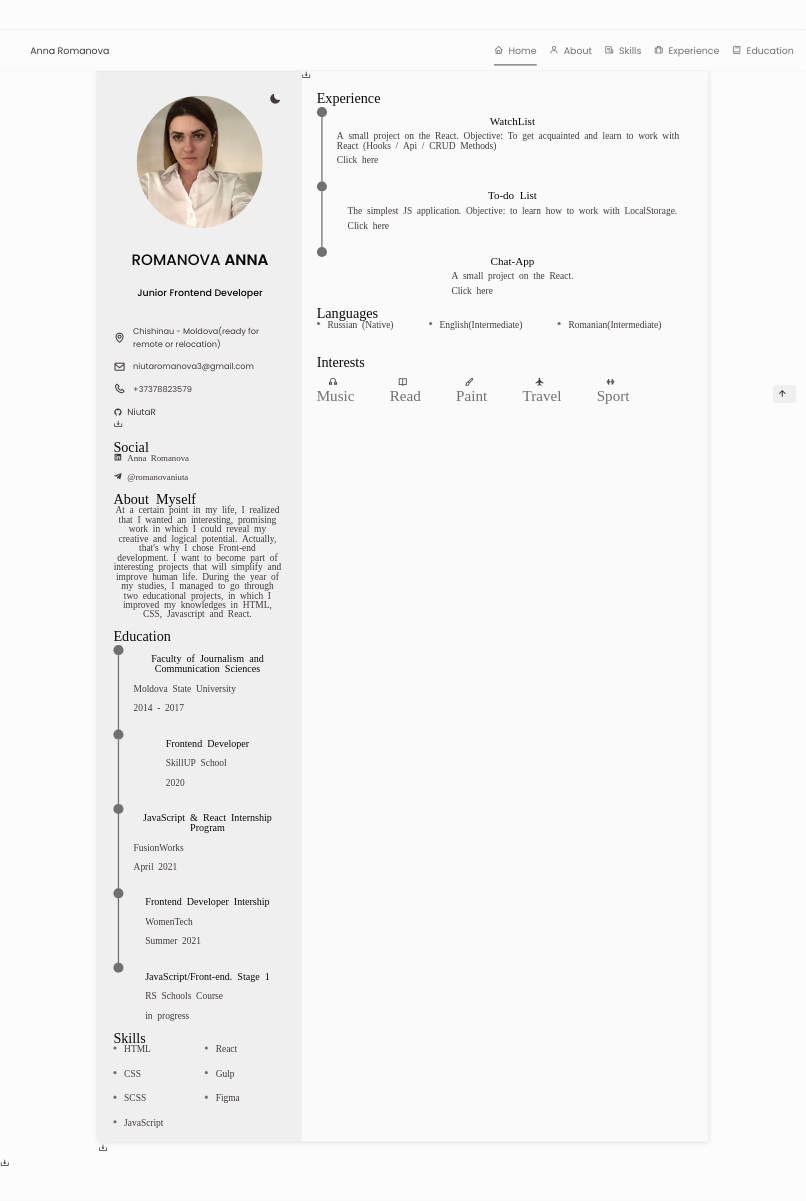
Repository: NiutaR/rsschool-cv
Page: index.html
The author's editor kept a copy of each file at every save. The page is drawn from the files as they stood at one save, then again after a run of saves.
The browser window is 1280 px wide. The pictures show the whole page, at 63% of full size.

Above is the page before, as saved 2021-09-19 19:19:04.

### index.html
<!DOCTYPE html>
<html lang="en">

<head>
    <meta charset="UTF-8">
    <meta http-equiv="X-UA-Compatible" content="IE=edge">
    <meta name="viewport" content="width=device-width, initial-scale=1.0">
    <link rel="stylesheet" href="src/style.css">
    <link rel="stylesheet" href="https://cdn.jsdelivr.net/npm/boxicons@latest/css/boxicons.min.css">
    <title>My resume</title>
</head>

<body>
    <header class="l-header">
        <nav class="nav bd-grid">
            <div>
                <a href="#" class="nav__logo">Anna Romanova</a>
            </div>

            <div class="nav__menu" id="nav-menu">
                <ul class="nav__list">
                    <li class="nav__item"><a href="#home" class="nav__link active"><i
                                class="bx bx-home nav__icon"></i>Home</a></li>
                    <li class="nav__item"><a href="#about" class="nav__link"><i
                                class="bx bx-user nav__icon"></i>About</a></li>
                    <li class="nav__item"><a href="#skills" class="nav__link"><i
                                class="bx bx-receipt nav__icon"></i>Skills</a></li>
                    <li class="nav__item"><a href="#work" class="nav__link"><i
                                class="bx bx-briefcase-alt nav__icon"></i>Experience</a></li>
                    <li class="nav__item"><a href="#education" class="nav__link"><i
                                class="bx bx-book nav__icon"></i>Education</a></li>
                </ul>
            </div>

            <div class="nav__toggle" id="nav-toggle">
                <i class='bx bx-menu'></i>
            </div>
        </nav>
    </header>
    <main class="l-main bd-container">
        <div class="resume">
            <div class="resume__left">
                <section class="home" id="home">
                    <div class="home__container section bd-grid">
                        <div class="home__data bd-grid">
                            <img src="src/img/cv-img.jpg" alt="annaromanova" class="home__img">
                            <h1 class="home__title">ROMANOVA <b>ANNA</b></h1>
                            <h3 class="home__profession">Junior Frontend Developer</h3>
                            <div>
                                <a download="" href="src/pdf/Cv_Anna_Romanova.pdf" class="home__button-movil">Download</a>
                            </div>
                        </div>
                        <div class="home__address bd-grid">
                            <span class="home__information">
                                <i class="bx bx-map home__icon"></i>Chishinau - Moldova(ready for remote or relocation)
                            </span>
                            <span class="home__information">
                                <i class="bx bx-envelope home__icon"></i>niutaromanova3@gmail.com
                            </span>
                            <span class="home__information">
                                <i class="bx bx-phone home__icon"></i> +37378823579
                            </span>
                            <span class="home__information">
                                <a href="https://github.com/NiutaR" target="_blank" class="social__link">
                                    <i class="bx bxl-github"></i>NiutaR
                                </a>
                            </span>
                        </div>
                    </div>

                    <i class="bx bxs-moon change-theme" title="Theme" id="theme-button"></i>
                    <i class="bx bx-download generate-pdf" title="Generate PDF" id=""
                </section>

                <section class="social section">
                    <h2 class="section-title">Social</h2>
                    <div class="social__container bd-grid">
                        <a href="https://www.linkedin.com/in/anna-romanova-59a8b020b/" target="_blank"  class="social__link">
                            <i class="bx bxl-linkedin-square"></i>Anna Romanova
                        </a>
                        <a href="#" target="_blank" class="social__link">
                            <i class="bx bxl-telegram"></i>@romanovaniuta
                        </a>

                    </div>
                </section>
                <section class="about section" id="about">
                    <h2 class="section-title">About Myself</h2>
                    <p class="about__description">At a certain point in my life, I realized that I wanted an interesting, promising work in which I could reveal my creative and logical potential. Actually, that's why I chose Front-end development. I want to become part of interesting projects that will simplify and improve human life. During the year of my studies, I managed to go through two educational projects, in which I improved my knowledges in HTML, CSS, Javascript and React. </p>
                </section>
                <section class="education section" id="education">
                    <h2 class="section-title">Education</h2>
                    <div class="education__container bd-grid">
                        <div class="education__content">
                            <div class="education__time">
                                <span class="education__rounder"></span>
                                <span class="education__line"></span>
                            </div>
                            <div class="education__data bd-grid">
                                <h3 class="education__title">Faculty of Journalism and Communication Sciences</h3>
                                <span class="education__studies"></span>Moldova State University
                                <span class="education__year"></span> 2014 - 2017
                            </div>
                        </div>
                        <div class="education__content">
                            <div class="education__time">
                                <span class="education__rounder"></span>
                                <span class="education__line"></span>
                            </div>
                            <div class="education__data bd-grid">
                                <h3 class="education__title">Frontend Developer</h3>
                                <span class="education__studies"></span> SkillUP School
                                <span class="education__year"></span> 2020
                            </div>
                        </div>
                        <div class="education__content">
                            <div class="education__time">
                                <span class="education__rounder"></span>
                                <span class="education__line"></span>
                            </div>
                            <div class="education__data bd-grid">
                                <h3 class="education__title">JavaScript & React Internship Program</h3>
                                <span class="education__studies"></span> FusionWorks
                                <span class="education__year"></span> April 2021
                            </div>
                        </div>
                        <div class="education__content">
                            <div class="education__time">
                                <span class="education__rounder"></span>
                                <span class="education__line"></span>
                            </div>
                            <div class="education__data bd-grid">
                                <h3 class="education__title">Frontend Developer Intership</h3>
                                <span class="education__studies"></span> WomenTech
                                <span class="education__year"></span> Summer 2021
                            </div>
                        </div>

                        <div class="education__content">
                            <div class="education__time">
                                <span class="education__rounder"></span>
                            </div>
                            <div class="education__data bd-grid">
                                <h3 class="education__title">JavaScript/Front-end. Stage 1</h3>
                                <span class="education__studies"></span> RS Schools Course
                                <span class="education__year"></span> in progress
                            </div>
                        </div>
                    </div>
                </section>
                <section class="skills section" id="skills">
                    <h2 class="section-title">Skills</h2>
                    <div class="skills__content bd-grid">
                        <ul class="skills__data">
                            <li class="skills__name">
                                <span class="skills__circle"></span> HTML
                            </li>
                            <li class="skills__name">
                                <span class="skills__circle"></span> CSS
                            </li>
                            <li class="skills__name">
                                <span class="skills__circle"></span> SCSS
                            </li>
                            <li class="skills__name">
                                <span class="skills__circle"></span> JavaScript
                            </li>
                        </ul>
                        <ul class="skills__data">
                            <li class="skills__name">
                                <span class="skills__circle"></span> React
                            </li>
                            <li class="skills__name">
                                <span class="skills__circle"></span> Gulp
                            </li>
                            <li class="skills__name">
                                <span class="skills__circle"></span> Figma
                            </li>
                        </ul>
                    </div>
                </section>
            </div>
            <div class="resume__right">
                <section class="experience section" id="experience">
                    <h2 class="section-title">Experience</h2>
                    <div class="experience__container bd-grid">
                        <div class="experience__content">
                            <div class="experience__time">
                                <span class="experience__rounder"></span>
                                <span class="experience__line"></span>
                            </div>
                            <div class="experience__data bd-grid">
                                <h3 class="experience__title">WatchList</h3>
                                <p class="experience__description">A small project on the React.
                                    Objective: To get acquainted and learn to work with React (Hooks / Api / CRUD
                                    Methods)</p>
                                    <a href="https://github.com/NiutaR/watchlist-app" class="project__link">Click here</a>

                            </div>
                        </div>
                        <div class="experience__content">
                            <div class="experience__time">
                                <span class="experience__rounder"></span>
                                <span class="experience__line"></span>
                            </div>
                            <div class="experience__data bd-grid">
                                <h3 class="experience__title">To-do List</h3>
                                <p class="experience__description">The simplest JS application.
                                    Objective: to learn how to work with LocalStorage.</p>
                                    <a href="https://github.com/NiutaR/to-do-list-" class="project__link">Click here</a>

                            </div>
                        </div>
                        <div class="experience__content">
                            <div class="experience__time">
                                <span class="experience__rounder"></span>
                            </div>
                            <div class="experience__data bd-grid">
                                <h3 class="experience__title">Chat-App</h3>
                                <p class="experience__description">A small project on the React.</p>
                                    <a href="https://github.com/NiutaR/react_chatapp" class="project__link">Click here</a>

                            </div>
                        </div>
                    </div>
                </section>
                <section class="languages section">
                    <h2 class="section-title">Languages</h2>
                    <div class="languages__container">
                        <ul class="languages__content bd-grid">
                            <li class="languages__name">
                                <span class="languages__circle"></span> Russian (Native)
                            </li>
                            <li class="languages__name">
                                <span class="languages__circle"></span> English(Intermediate)
                            </li>
                            <li class="languages__name">
                                <span class="languages__circle"></span> Romanian(Intermediate)
                            </li>
                        </ul>
                    </div>
                </section>
                <section class="interests section">
                    <h2 class="section-title">Interests</h2>
                    <div class="interests__container bd-grid">
                        <div class="interests__content">
                            <i class="bx bx-headphone"></i>
                            <span class="interests__name interests__icon">Music</span>
                        </div>
                        <div class="interests__content">
                            <i class="bx bx-book-open"></i>
                            <span class="interests__name interests__icon">Read</span>
                        </div>
                        <div class="interests__content">
                            <i class="bx bx-paint"></i>
                            <span class="interests__name interests__icon">Paint</span>
                        </div>
                        <div class="interests__content">
                            <i class="bx bxs-plane"></i>
                            <span class="interests__name interests__icon">Travel</span>
                        </div>
                        <div class="interests__content">
                            <i class="bx bx-dumbbell"></i>
                            <span class="interests__name interests__icon">Sport</span>
                        </div>
                    </div>
                </section>
            </div>
        </div>
    </main>
    <a href="#" class="scrolltop" id="scroll-top">
        <i class="bx bx-up-arrow-alt scrolltop__icon"></i>
    </a>

    <script src="src/main.js"></script>
    <script src="https://cdnjs.cloudflare.com/ajax/libs/html2pdf.js/0.10.1/html2pdf.bundle.min.js"
        integrity="sha512-GsLlZN/3F2ErC5ifS5QtgpiJtWd43JWSuIgh7mbzZ8zBps+dvLusV+eNQATqgA/HdeKFVgA5v3S/cIrLF7QnIg=="
        crossorigin="anonymous" referrerpolicy="no-referrer"></script>

</body>

</html>

Loaded but not shown: src/main.js (57 lines, source omitted); src/style.css (481 lines, source omitted)

After the next 2 saves:
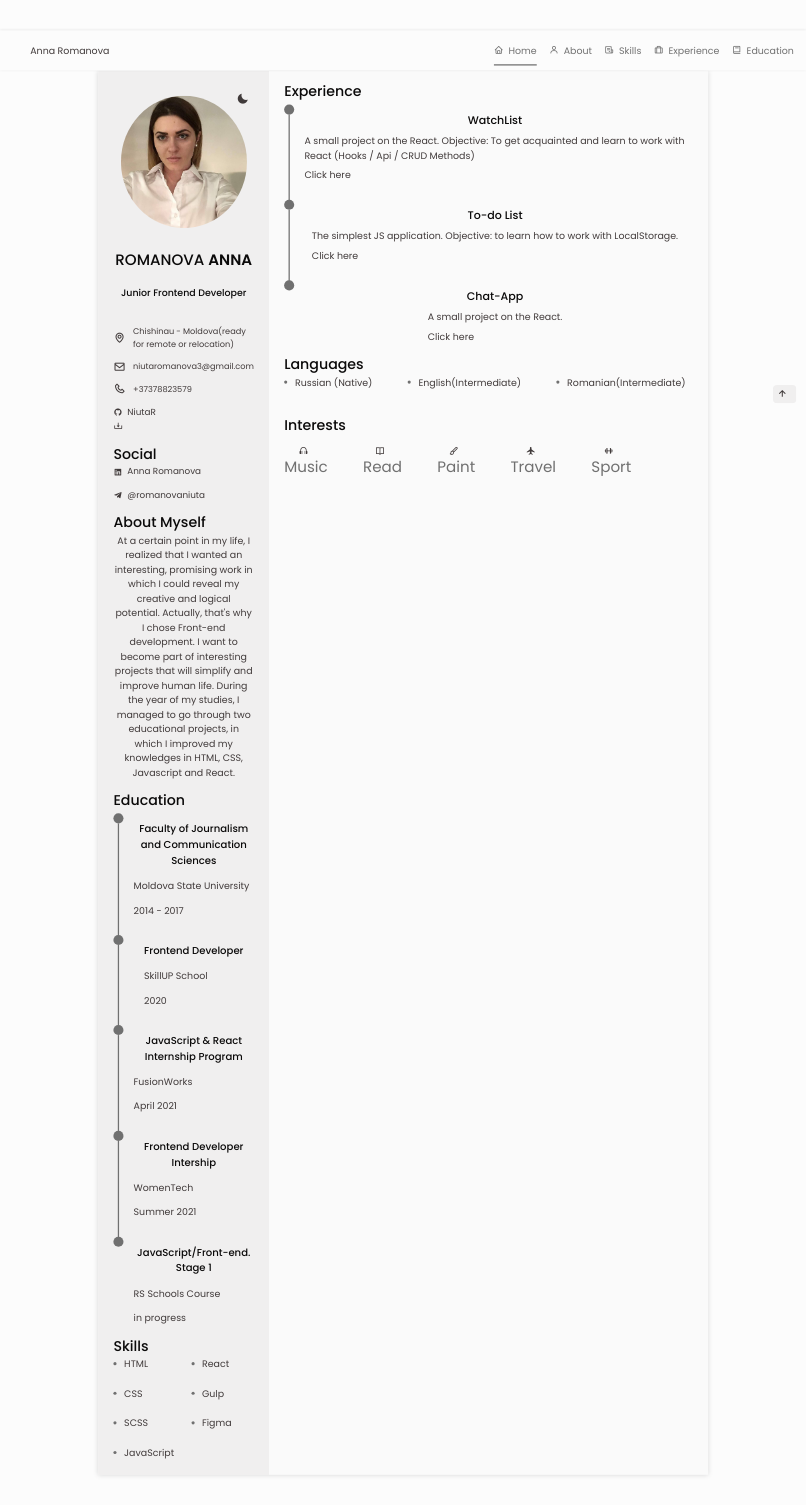
The 2 saves are shown as one change because they came seconds apart.
The last was saved 8 s later.
--- a/index.html
+++ b/index.html
@@ -69,7 +69,7 @@
                     </div>
 
                     <i class="bx bxs-moon change-theme" title="Theme" id="theme-button"></i>
-                    <i class="bx bx-download generate-pdf" title="Generate PDF" id=""
+                    <i class="bx bx-download generate-pdf" title="Generate PDF" id="resume-button"></i>
                 </section>
 
                 <section class="social section">
